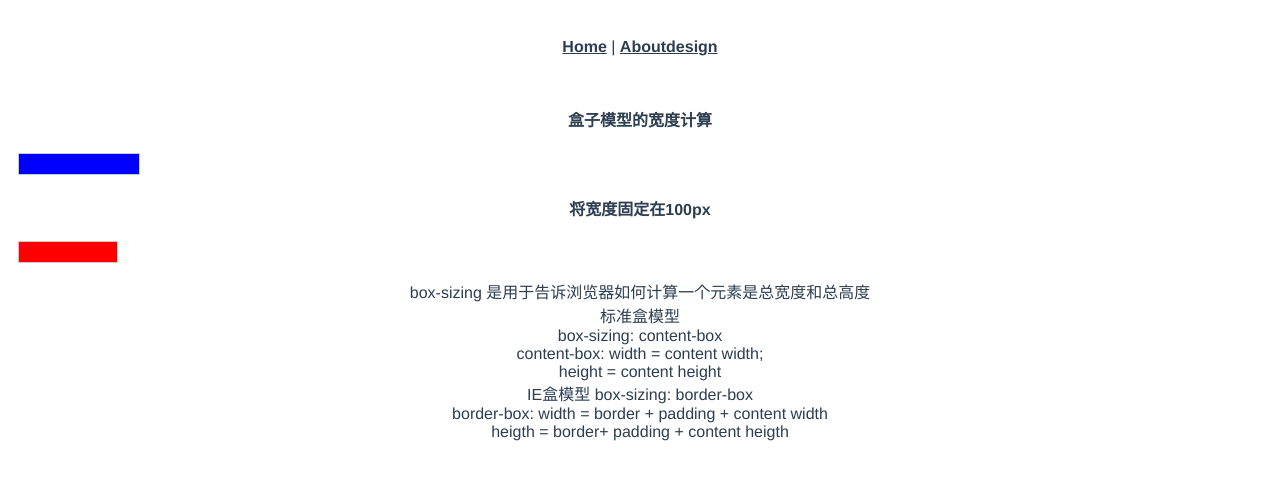
Repository: 1025215705/design
Page: /layout/1 (app in vue-ts/)
An editor plug-in stored every save of this project. The page is shown before and after the next save, followed by the edit.
The browser window is 1280 px wide. The pictures show the whole page.
The project was rebuilt for these pictures with package versions that can differ from the ones it lists, and the page was loaded fresh each time. Also part of the build but not shown: vue-ts/src/components/HelloWorld.vue, vue-ts/src/views/Home.vue, vue-ts/src/practice/design/adaptee.ts, vue-ts/src/practice/design/decorator.ts, vue-ts/src/practice/design/observer.ts, vue-ts/src/practice/design/proxy.ts, vue-ts/src/practice/design/singletonLogin.ts, vue-ts/src/practice/design/userFactory.ts and 3 more.

Above is the page before, as saved 2020-12-11 11:42:12.

After the next save:
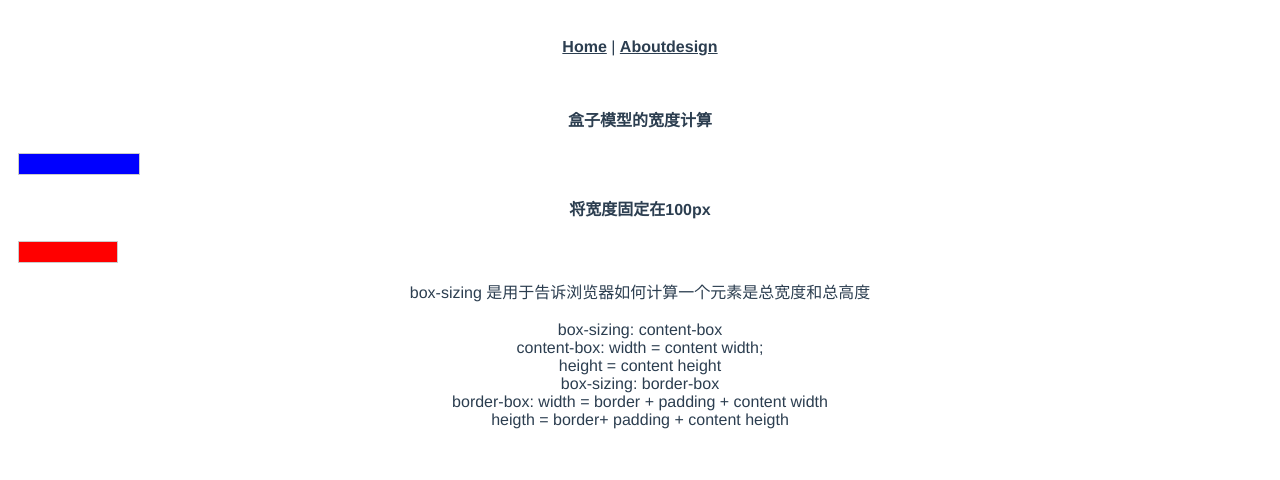
Saved 67 s later.
--- a/vue-ts/src/practice/layout/css.vue
+++ b/vue-ts/src/practice/layout/css.vue
@@ -6,11 +6,11 @@
 		<div class="box2"></div>
 		<p>
 			box-sizing 是用于告诉浏览器如何计算一个元素是总宽度和总高度<br />
-			标准盒模型 <br />
+			 <br />
 			box-sizing: content-box <br />
 			content-box: width = content width; <br />
 			height = content height <br />
-			IE盒模型 box-sizing: border-box <br />
+			 box-sizing: border-box <br />
 			border-box: width = border + padding + content width <br />
 			heigth = border+ padding + content heigth<br />
 		</p>
